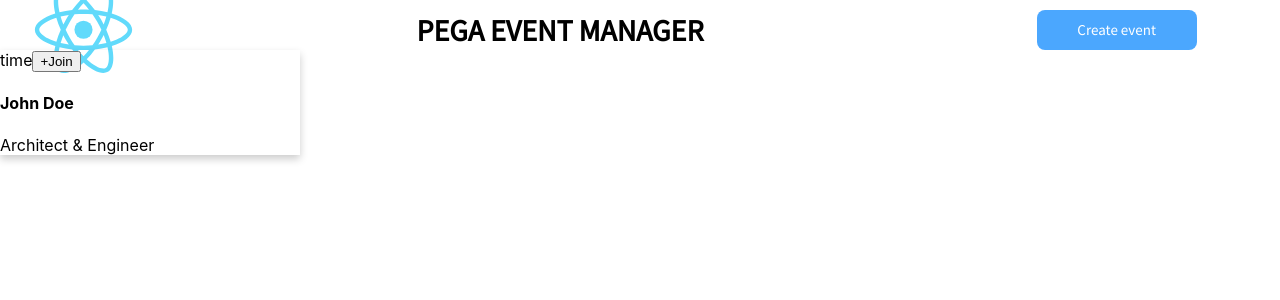
Repository: SasiVeeramachaneni/eventmanager
Page: /
An editor plug-in stored every save of this project. The page is shown before and after the next save, followed by the edit.
The browser window is 1280 px wide. The pictures show the whole page.
The project was rebuilt for these pictures with package versions that can differ from the ones it lists, and the page was loaded fresh each time.

Above is the page before, as saved 2020-08-19 14:17:55.

### src/index.js
import React from 'react';
import ReactDOM from 'react-dom';
import './index.css';
import App from './App';
import * as serviceWorker from './serviceWorker';
import './fonts/SourceSansPro-Regular.ttf'

ReactDOM.render(
  <React.StrictMode>
    <App />
  </React.StrictMode>,
  document.getElementById('root')
);

// If you want your app to work offline and load faster, you can change
// unregister() to register() below. Note this comes with some pitfalls.
// Learn more about service workers: https://bit.ly/CRA-PWA
serviceWorker.unregister();

### src/App.js
import React from 'react';
import './App.css';
import logo from './logo.svg';
import Card from './Card';


function App() {
  return (
    <div className="App">
      <div className="header">
        <div className="logo"><img src={logo} alt=""/></div>
        <div className="heading">PEGA EVENT MANAGER</div>
        <div className="logo"><button type="button" className="createbutton">Create event</button></div>
      </div>
      <div className="body">
        <Card />

      </div>

    </div>
  );
}

export default App;

### src/App.css
.App {
  height: 100vh;
  width: 100%;
  display: grid;
  grid-template-rows: 50px 1fr;
}

@font-face {
  font-family: 'SourceSansPro';
  src: local('SourceSansPro'), url(./fonts/SourceSansPro-Regular.ttf) format('truetype');
}


.container {
  padding: 2px 16px;
}

.header {
  display: flex;
  align-items: stretch;
  justify-content: space-evenly;
  padding-top: 10px;
}

.logo {
  flex-grow: 1;
  display: flex;
  align-items: center;
  justify-content: center;
}

.heading {
  flex-grow: 3;
  display: flex;
  align-items: center;
  justify-content: center;
  font-size: 30px;
  font-weight: bold;
  font-family: SourceSansPro;

}

.createbutton {
  width: 10rem;
  color: #FFF;
  background: #4BA7FE;
  border-radius: 8px;
  font-size: 15px;
  line-height: 24px;
  height: 2.5rem;
  position: relative;
  align-items: center;
  box-sizing: border-box;
  transition: all 0.4s ease-in-out;
  border: none;
  font-family: SourceSansPro;


}

.body {
}

### src/Card.js
import React from 'react';
import './Card.css';

function Card() {
    return (
        <div className="card">
        <div>
          time
          <button>+Join</button>
        </div>
        <h4><b>John Doe</b></h4>
         <p>Architect & Engineer</p>
      </div>
    );
}

export default Card;

### src/Card.css
.card {
    box-shadow: 0 4px 8px 0 rgba(0,0,0,0.2);
    transition: 0.3s;
    width: 300px;
  }

  .card:hover {
    box-shadow: 0 8px 16px 0 rgba(0,0,0,0.2);
  }

  .topline {
    display: flex;
    align-items: stretch;
    justify-content: space-evenly;
    padding-top: 10px;
  }

Loaded but not shown: public/index.html (common file); src/index.css (common file); src/serviceWorker.js (common file)

After the next save:
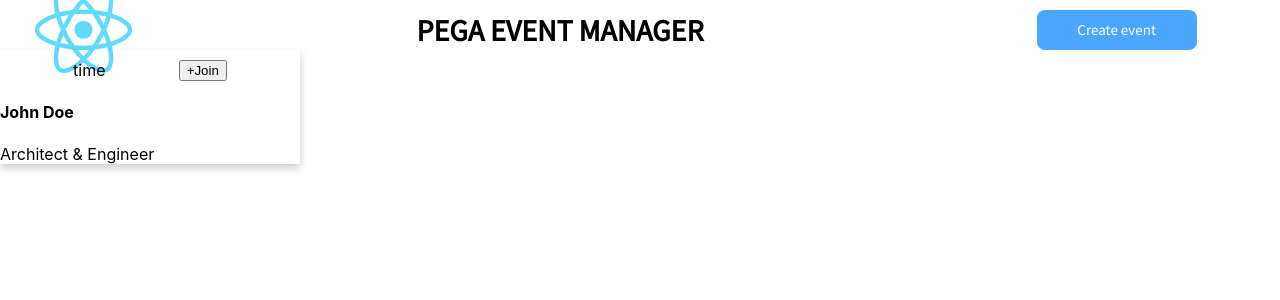
Saved 7 s later.
--- a/src/Card.js
+++ b/src/Card.js
@@ -4,7 +4,7 @@
 function Card() {
     return (
         <div className="card">
-        <div>
+        <div className="topline">
           time
           <button>+Join</button>
         </div>
